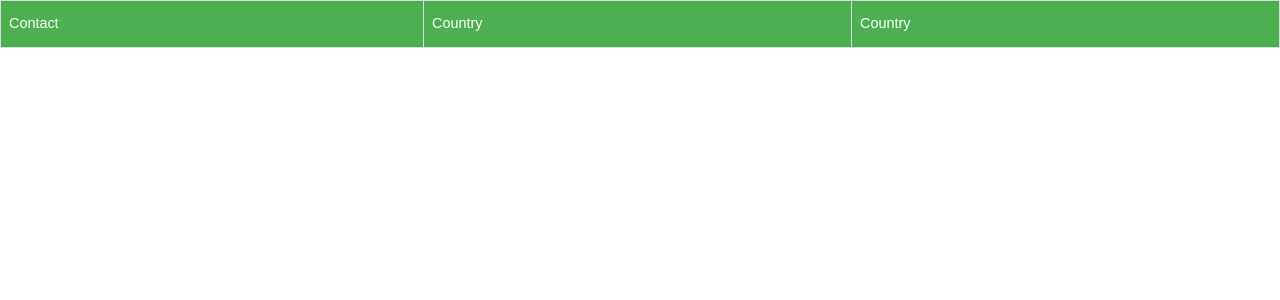
Repository: Rubin78/Firstairport
Page: /
These files come from the project's save history. The page is drawn as it stood at one moment and after a run of saves; the edit follows.
The browser window is 1280 px wide. The pictures show the whole page.
The page's requests for data from a server got no answer. The project was rebuilt for these pictures with package versions that can differ from the ones it lists, and the page was loaded fresh each time. No one was signed in, and anything a server would have sent is missing. Also part of the build but not shown: src/DataTable.js.

Above is the page before, as saved 2021-03-27 17:35:50.

### src/App.js
// import React, { Component } from 'react';
// import { wait } from "@testing-library/react";

// class App extends Component {

// state={

//   loading:true,
//   person:false,
// }

// async componentDidMount(){

// const url = "https://api.randomuser.me/"
// const response = await fetch(url);
// const data = await response.json();
// this.setState({person:data.results[0],loading:false})

// }

//   render() {

//  if(this.state.loading){
// return<div>loading ....</div>

//  }

//  if(!this.state.person){
//   return<div>loadingnothing ....</div>

//    }
//     return (
//       <div>

//     <div>{this.state.person.title}</div>

//     <div>{this.state.person.name.first}</div>
//     <div>{this.state.person.name.last}</div>
//     <div>{this.state.person.gender}</div>
//     <div>{this.state.person.timezone}</div>

//   <img src= {this.state.person.picture.large} />
//         </div>
//     );
//   }
// }

// export default App;

// import { wait } from "@testing-library/react";
// import React from "react";

// export default class FetchRandomUser extends React.Component {

//   // async componentDidMount() {
//   //   const url = "https://api.randomuser.me/";
//   //   const response = await fetch(url);
//   //   const data = await response.json();
//   //   this.setState({ person: data.results[0], loading: false });
//   // }

//   state={
//     loading:true,
//     person:null,
//   }

//  async componentDidMount() {

//   const url = "https://api.randomuser.me/";
//   const response = await fetch(url);
//   const data = await response.json();
//   this.setState({person:data.results[0],loading:false})

//  }

//   render() {
//     // if (this.state.loading) {
//     //   return <div>loading...</div>;
//     // }

//     // if (!this.state.person) {
//     //   return <div>didn't get a person</div>;
//     // }

// if (this.state.loading) {
// return <div>loading ...</div>
// }

// if (!this.state.person) {
//   return <div>didnt get anything</div>
// }

//     return (

// <div>

// <div>{this.state.person.name.title}</div>
// <div>{this.state.person.name.first}</div>
// <div>{this.state.person.name.last}</div>
// <div>{this.state.person.gender}</div>
// <div>{this.state.person.address}</div>

// <img src={this.state.person.picture.large} />

// </div>
//     );
//   }
// }

// import React, { useState, useEffect } from "react";
// import axios from "axios";
// export default function APISession() {
//   const [data, setData] = useState([]);

//   useEffect(() => {
//     axios
//       .get("https://jsonplaceholder.typicode.com/users")
//       .then((response) => {
//         setData(response.data);
//       })

//       // .catch((error) => {
//       //   console.log(error);
//       // });
//   }, []);

//   console.log(data);

//   return (
//     <div>
//       {data &&
//         data.map((item) => (
//           <div key={item.id}>
//             {item.name} - {item.phone}
//           </div>
//         ))}
//       {/* {data[0] && <div>{JSON.stringify(data)}</div>} */}
//     </div>
//   );
// }
/*
import React, {useState,useEffect} from 'react';
import axios from "axios";

const App = () => {

  const [data ,setData] = useState([]);
  useEffect(()=> {
    axios.get("https://jsonplaceholder.typicode.com/users")
    .then((response) => {
      setData(response.data);

    })
  })
  return (
    <div>
      {data &&
        data.map((item) => (
          <div key={item.id}>
            {item.name} - {item.phone}
          </div>
        ))}
      {/* {data[0] && <div>{JSON.stringify(data)}</div>} */
/*  </div>
  );
};

export default App; */

/*
import React, { Component } from 'react'


export default class App extends Component {

  constructor(props) {
    super(props);

    this.state = {
      brand: "ford",
      company: "Snoop Technology",
    };
  }

  changeBrand = () => {
  alert("Great Shot!");

    this.setState({brand: "love "});
        this.setState({ company: "Snooper " });


  }

  render() {
const greeting = "welcome to amafh";
    return (
      <div>
        <div>{this.state.brand} </div>
        <div>{this.state.company} </div>
        <h2>I am a {greeting}</h2>


        <button onClick={this.changeBrand}>hello change</button>
      </div>
    );
  }
}


 */

/*  import React , {useState} from 'react';

 const App = () => {

   const [count, setCount] = useState(0);


   return (
     <div>
<p> this is my {count}</p>

<button onClick={() =>setCount(count+2)}> clickme </button></div>
   );
 };

 export default App;
 */

/* import React, { useState, useEffect } from "react";
import axios from "axios";
export default function APISession() {
  const [data, setData] = useState([]);



useEffect(()=>{

  axios.get("https://jsonplaceholder.typicode.com/users")
  .then((response) => {

    setData(response.data)
  })

.catch((error)=>{

  console.log(error);
})

})

  return (
    <div>


{data &&
data.map((item)=>(

  <div key={item.id}>

    {item.name}
  </div>
))}

    </div>
  );

        }




 */

/*  get data ====================================================== >
 */

/*

import React, { useState, useEffect } from "react";
import axios from "axios";

const App = () => {
  const [data, setData] = useState([]);

  useEffect(() => {
    axios
      .get("https://jsonplaceholder.typicode.com/users")
      .then((response) => {
        setData(response.data);
      })

      .catch((error) => {
        console.log(error);
      });
  });

  return (
    <div>
      {data &&
        data.map((item) => (
          <div key={item.id}>

            {item.name} -{item.phone} -{item.city}


          </div>
        ))}
    </div>
  );
};

export default App; */

/*   <======================================================================using state and changing the data value==========================================>*/

/*
import React, { Component } from 'react'

export default class App extends Component {
  constructor(props) {
    super(props);
    this.state = {
      company: "Snoop Technology",
      profile: "developer",
    };
  }

  changeData=()=>{

    this.setState({
      company: "Snoopeer Technology",
      profile: "developer as a junior",
    });
  }


  render() {
    return (
      <div>
        <h1> Currently m working in {this.state.company}</h1>
        <h1>My profile is {this.state.profile}</h1>

        <button onClick={this.changeData}> hello </button>
      </div>
    );
  }
}
 */

/* <parent to child data transfer=========================>
 */
/*
import React, { Component } from 'react'
import Home from "../src/Home";
export default class App extends Component {
 */

/*   render() {
 */

/*     const data = "there should be som data";

    return (
      <div>

        <Home data={data} />
      </div>
    )
  }
}
 */

/* using hooks how to change or update the values =====================================> */

/* rmber when we are using functional component we dont have to use this .state in button section */

/*
import React,{useState} from 'react';

const App = () => {


  const [name, setName] = useState("changing data");



  const hancleClick=()=>{

    setName(" yes you have change the data");
  }
  return (
    <div>
    <h1>  {name} </h1>



      <button onClick ={hancleClick}> hello </button>
    </div>
  );
};

export default App; */

/*




import React, { useState, useEffect } from "react";
import axios from "axios";

const App = () => {
  const [data, setData] = useState([]);

  useEffect(() => {
   axios
     .put("https://jsonplaceholder.typicode.com/posts/1", {
       id: 1,
       title: "foo",
       body: "rubin",
       userId: 1,
     },


     )



     axios.put("https://jsonplaceholder.typicode.com/posts/2", {
       id: 2,
       title: "solo",
       body: "dodod",
       userId: 2,
     },
     )
     .then((response) => {
       setData(response.data);
     })

     .catch((error) => {
       console.log(error);
     });


      console.log(data)
  });

  return (
    <div>

    </div>
  );
};

export default App;  */

/* event in react  ============>
 */

/* remember if ur using the event in functional component then u have to use (function)  eg function shoot(){

}
 */

/* import React, { useState } from 'react';

const App = () => {

  const [name, setName] = useState("shaun");

function shoot() {
alert("hello");
setName("rubin");
}
  return (
    <div>
      <h1>{name}</h1>
      <button onClick = {shoot}  > shoot a shot </button>
    </div>
  );
};

export default App;11 */

/* rember if ur using class component then u can make this by simply using this.
 */
/* import React, { Component } from "react";

export default class App extends Component {
  constructor(props) {
    super(props);

    this.state = {
      company: "Snop Technology",
      profile: "developer ",
    };
  }

  changeWords=()=> {
    alert("this is good to go");

    this.setState({
      company: "Snoopeer Technology",
      profile: "developer as a junior",
    });
  }
  render() {
    return (
      <div>
        <h1>{this.state.company}</h1>
        <h1>{this.state.profile}</h1>
        <button onClick={this.changeWords}>helo change </button>
      </div>
    );
  }
}
 */

/* ==========paasing arugument ============ */
/*


 remember its is simple and revese of alert first it will show the dialog box of alert ad then the dom elemnt  */
/*

import React, { Component } from 'react'

export default class App extends Component {

  shoot=(e)=> {


    alert(e);
  }

  render() {
    return (
      <div>

        <button onclick={this.shoot('goal')}> goal</button>

      </div>
    )
  }
}
 */

/*
import React, { Component } from 'react'

export default class App extends Component {


  constructor(props){

    super(props);

    this.state = {
      username: " ",
    };


  }



myChange=(event)=>{

  this.setState({username:event.target.value})
}



  render() {


    return (
      <div>
        <form>
          <h1> hello {this.state.username}</h1>

          <div>
            <input type=" text" placeholder="welcome" onChange={this.myChange} />
          </div>
        </form>
      </div>
    );
  }
}
 */

/* only for input not submit */
/*
import React, { Component } from 'react'

export default class App extends Component {
  constructor(props) {
    super(props);

    this.state = {
      username: " ",
    };
  }

  submitHandler=(event)=>{
event.preventDefault();
alert("you are submiting " + this.state.username)

  }
  myChange = (event) => {
    this.setState({
      username: event.target.value,
    });
  };
  render() {
    return (
      <div>
        <form onSubmit={this.submitHandler}>
          <h1>hello {this.state.username}</h1>

          <div>
            <input type="text" onChange={this.myChange} />

            <input type="submit" />
          </div>
        </form>
      </div>
    );
  }
} */

/* import React, { Component } from "react";

export default class App extends Component {
  constructor(props) {
    super(props);

    this.state = {

      username: " ",
    };
  }

  submitHandler=(event)=>{

event.preventDefault();
alert("you are submmitung the data " + this.state.username);
  }

  myChange = (event) => {
    this.setState({
      username: event.target.value,
    });
  };

  render() {
    return (
      <div>
        <form onSubmit={this.submitHandler}>
          <h1>hello {this.state.username}</h1>

          <input type="text" onChange={this.myChange} />

          <input type="submit" />
        </form>
      </div>
    );
  }
}

 */

/*
import React, { Component } from 'react'
import Home from "../src/Home";
export default class App extends Component {


  render() {


   const data = "there should be som datass";

    return (
      <div>

        <Home data={data} />



      </div>
    )
  }
}
 */

/*
import React,{useState} from 'react';

import axios from "axios";



const App = () => {

const [task, settask] = useState("");
const [password, setpassword] = useState("");


const submitHandler = (e) => {
    e.preventDefault();

  axios
    .post(
      "https://addschedule-74df8-default-rtdb.firebaseio.com/.json",{
        task,
        password

      }

    )
    .then((res) => {

          setTimeout(function () {

          }, 5000);
      console.log(res.data);
    })
    .catch((err) => {
      console.log(err);
    });
};




  return (
    <div>
      <form onSubmit={(e)=>{
        submitHandler(e);
      }}>
        <div>
          <input
            style={{ padding: 6 }}
            required
            label="Your name"
            id="name"
            type="text"
            value={task}
            onChange={(e) => {
              settask(e.target.value);
            }}
          />
        </div>
        <div>
          <input
            style={{ padding: 6 }}
            required
            label="Your name"
            id="name"
            type="text"
            value={password}
            onChange={(e) => {
              setpassword(e.target.value);
            }}
          />
        </div>
        <div>

            <input type="submit" value="Sign up" />

        </div>
      </form>
    </div>
  );
};

export default App; */
/*
import React, { useState } from "react";
import Axios from "axios";

const App = () => {
  const [name, setname] = useState("");

  const [passwrd, setpasswrd] = useState("");

  const submitHandler = (e) => {
    e.preventDefault();
    Axios.post("https://makingapi-3467d-default-rtdb.firebaseio.com/.json", {
      name,
      passwrd,
    }).then((response) => {
      console.log(response.data);
    });
  };

  return (
    <div>
      <form
        onSubmit={(e) => {
          submitHandler(e);
        }}
      >
        <label style={{ padding: 6 }}>name</label>

        <div>
          <input
            type="text"
            value={name}
            onChange={(e) => {
              setname(e.target.value);
            }}
            style={{ padding: 6 }}
          />
        </div>
        <label style={{ padding: 6 }}>password</label>

        <div>
          <input
            type="password"
            value={passwrd}
            onChange={(e) => {
              setpasswrd(e.target.value);
            }}
            style={{ padding: 6 }}
          />
        </div>
        <div style={{ padding: 6 }}>
          <input type="submit" style={{ padding: 6 }} />
        </div>
      </form>
    </div>
  );
};

export default App;
 */

/* import React, { useState } from "react";
import axios from "axios";

const App = () => {
  const [name, setname] = useState("");

  const [passwrd, setpasswrd] = useState(" ");

  const submitHandler = (s) => {
    s.preventDefault();
    axios
      .post("https://makingapi-3467d-default-rtdb.firebaseio.com/.json", {
        name,
        passwrd,
      })
      .then((response) => {
        console.log(response.data);
      })

      .catch((err) => {
        console.log(err);
      });
  };

  return (
    <div>
      <form
        onSubmit={(s) => {
          submitHandler(s);
        }}
      >
        <div>
          <input
            type="text"
            value={name}
            onChange={(s) => {
              setname(s.target.value);
            }}
          />
        </div>

        <div>
          <input
            type="password"
            value={passwrd}
            onChange={(s) => {
              setpasswrd(s.target.value);
            }}
          />
        </div>

        <div>
          <input type="submit" />
        </div>
      </form>
    </div>
  );
};

export default App;
 */




import React,{useEffect,useState} from 'react';
import axios from "axios";
import "bootstrap-css-only/css/bootstrap.min.css";
import "mdbreact/dist/css/mdb.css";
import DataTable from "./DataTable";
import "./App.css";
const App = () => {

   const [task, setTask] = useState({});
   const [taskListingData, setTaskListingData] = useState({});

   useEffect(() => {
     axios
       .get("https://datatable-1274e-default-rtdb.firebaseio.com/.json")
       .then((res) => {
         setTaskListingData(res.data);
       })
       .catch((err) => {
         console.log(err);
       });
   }, []);

   const handleTask = () => {
     setTask("ok");
   };
  return (
    <div>
      <table id="customers">
        <tr>
          <th>Contact</th>
          <th>Country</th>
          <th>Country</th>
        </tr>
        {taskListingData &&
          Object.entries(taskListingData).map((task) => (
            <>
              {task.map((item) => (
                <div>
                  <tr>
                    <div >
                      <td>{item.name}</td>
                    </div>
                    <div>
                      <td>{item.name}</td>
                    </div>
                    <div>
                      <td>{item.name}</td>
                    </div>
                    <div>
                      <td>{item.name}</td>
                    </div>
                  </tr>
                </div>
              ))}
            </>
          ))}
      </table>
    </div>
  );
};

export default App;


/*
import React,{useState,useEffect} from 'react';
import DataTable from "./DataTable";
const App = () => {
const [data, setData] = useState("");

const [name, setName] = useState("");

  return (


    <div>


      <div>
<DataTable />
        </div>
    </div>
  );
};

export default App; */

### src/App.css
/* .App {
  text-align: center;
}

.App-logo {
  height: 40vmin;
  pointer-events: none;
}

@media (prefers-reduced-motion: no-preference) {
  .App-logo {
    animation: App-logo-spin infinite 20s linear;
  }
}

.App-header {
  background-color: #282c34;
  min-height: 100vh;
  display: flex;
  flex-direction: column;
  align-items: center;
  justify-content: center;
  font-size: calc(10px + 2vmin);
  color: white;
}

.App-link {
  color: #61dafb;
}

@keyframes App-logo-spin {
  from {
    transform: rotate(0deg);
  }
  to {
    transform: rotate(360deg);
  }
}



 */



#customers {
  font-family: Arial, Helvetica, sans-serif;
  border-collapse: collapse;
  width: 100%;
}

#customers td, #customers th {
  border: 1px solid #ddd;
  padding: 8px;
}

#customers tr:nth-child(even){background-color: #f2f2f2;}

#customers tr:hover {background-color: #ddd;}

#customers th {
  padding-top: 12px;
  padding-bottom: 12px;
  text-align: left;
  background-color: #4CAF50;
  color: white;
}

Loaded but not shown: public/index.html (common file); src/index.js (common file); src/index.css (common file); src/serviceWorker.js (common file)

After the next 2 saves:
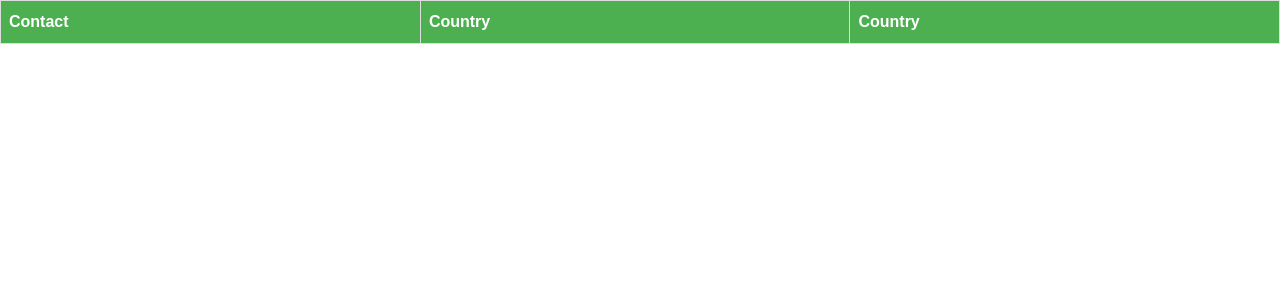
The 2 saves are shown as one change because they came seconds apart.
The last was saved 106 s later.
--- a/src/App.js
+++ b/src/App.js
@@ -905,8 +905,6 @@ export default App;
 
 import React,{useEffect,useState} from 'react';
 import axios from "axios";
-import "bootstrap-css-only/css/bootstrap.min.css";
-import "mdbreact/dist/css/mdb.css";
 import DataTable from "./DataTable";
 import "./App.css";
 const App = () => {
@@ -942,18 +940,9 @@ const App = () => {
               {task.map((item) => (
                 <div>
                   <tr>
-                    <div >
-                      <td>{item.name}</td>
-                    </div>
-                    <div>
-                      <td>{item.name}</td>
-                    </div>
-                    <div>
-                      <td>{item.name}</td>
-                    </div>
-                    <div>
-                      <td>{item.name}</td>
-                    </div>
+                    <td>{item.name}</td>
+                    <td>{item.name}</td>
+                    <td>{item.name}</td>
                   </tr>
                 </div>
               ))}
